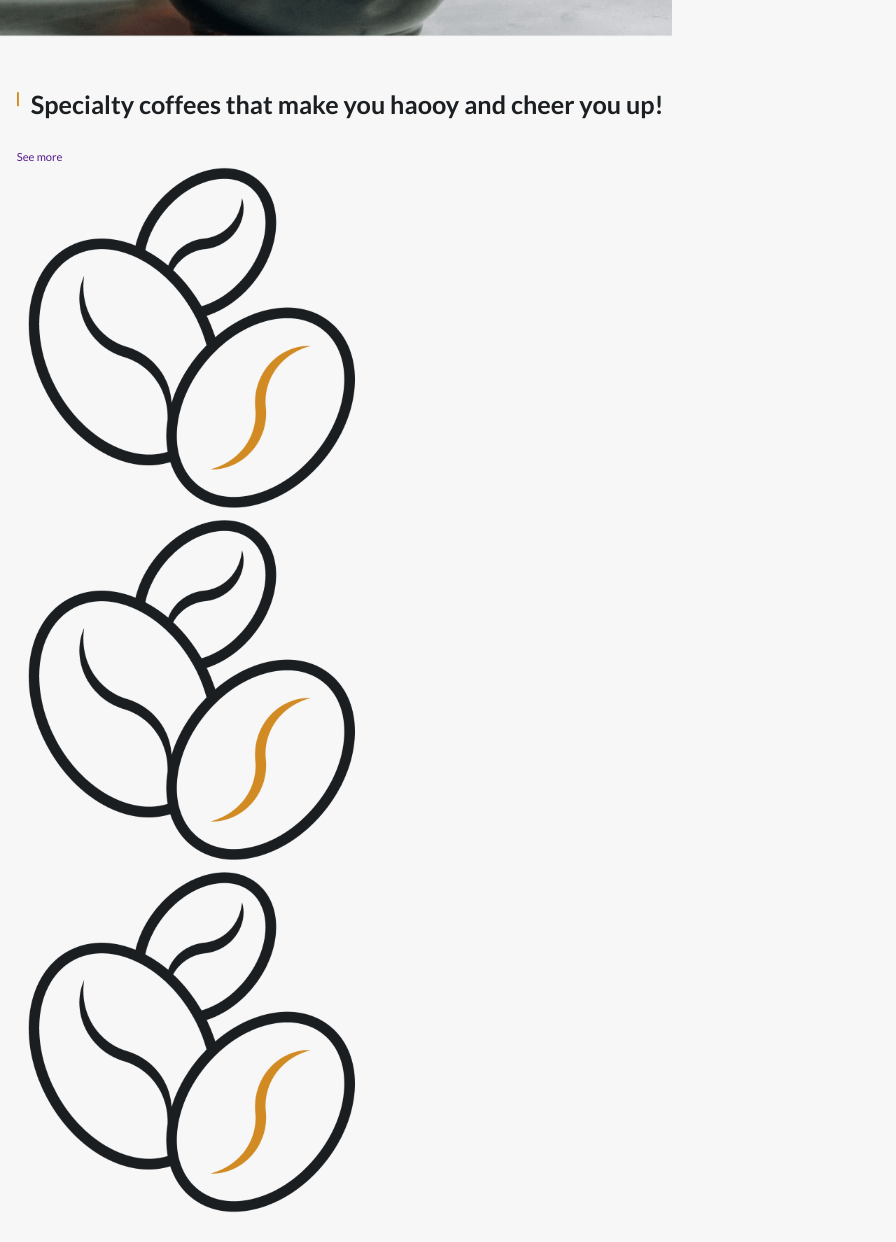
Repository: Nguyenductuan-dev/Website-coffee
Page: index.html
These files come from the project's save history. The page is drawn as it stood at one moment and after the next save; the edit follows.
The browser window is 1280 px wide. The pictures show the part of the page from y = 1514 to 3434 px (the page is 3288 px tall before and 3434 px after), at 70% of full size.

Above is the page before, as saved 2022-04-06 14:33:36.

After the next save:
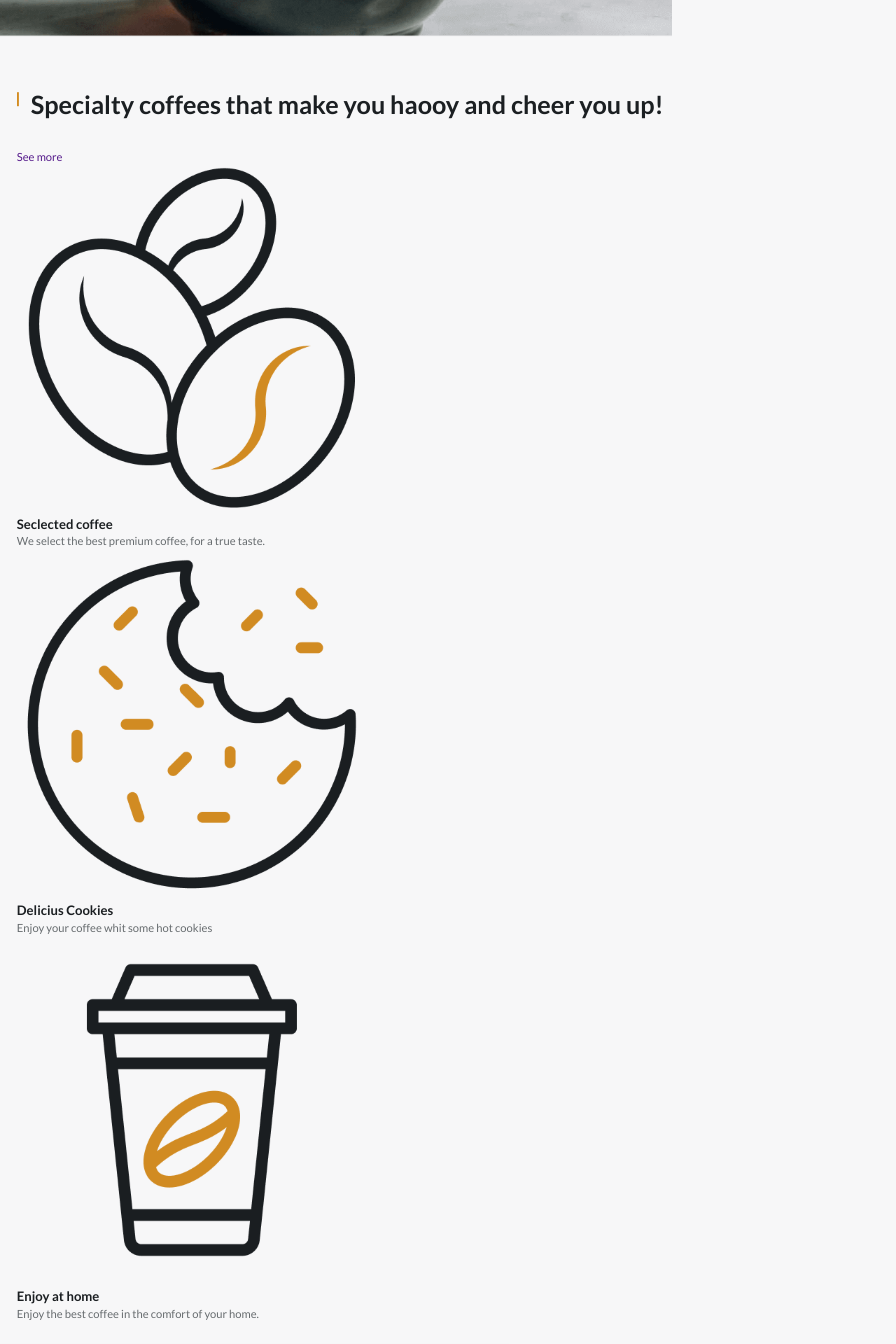
Saved 3 min 43 s later.
--- a/index.html
+++ b/index.html
@@ -105,25 +105,25 @@
                 <div class="specialty__catelogy">
                     <div class="speialty__group">
                         <img src="assets/imgs/specialty1.png" alt="" class="specialty__img">
-                        <h3 class="specialty__title"></h3>
+                        <h3 class="specialty__title">Seclected coffee</h3>
                         <p class="specialty__description">
-
+                            We select the best premium coffee, for a true taste.
                         </p>
                     </div>
 
                     <div class="speialty__group">
-                        <img src="assets/imgs/specialty1.png" alt="" class="specialty__img">
-                        <h3 class="specialty__title"></h3>
+                        <img src="assets/imgs/specialty2.png" alt="" class="specialty__img">
+                        <h3 class="specialty__title">Delicius Cookies</h3>
                         <p class="specialty__description">
-
+                            Enjoy your coffee whit some hot cookies
                         </p>
                     </div>
 
                     <div class="speialty__group">
-                        <img src="assets/imgs/specialty1.png" alt="" class="specialty__img">
-                        <h3 class="specialty__title"></h3>
+                        <img src="assets/imgs/specialty3.png" alt="" class="specialty__img">
+                        <h3 class="specialty__title">Enjoy at home</h3>
                         <p class="specialty__description">
-
+                            Enjoy the best coffee in the comfort of your home.
                         </p>
                     </div>
                 </div>
